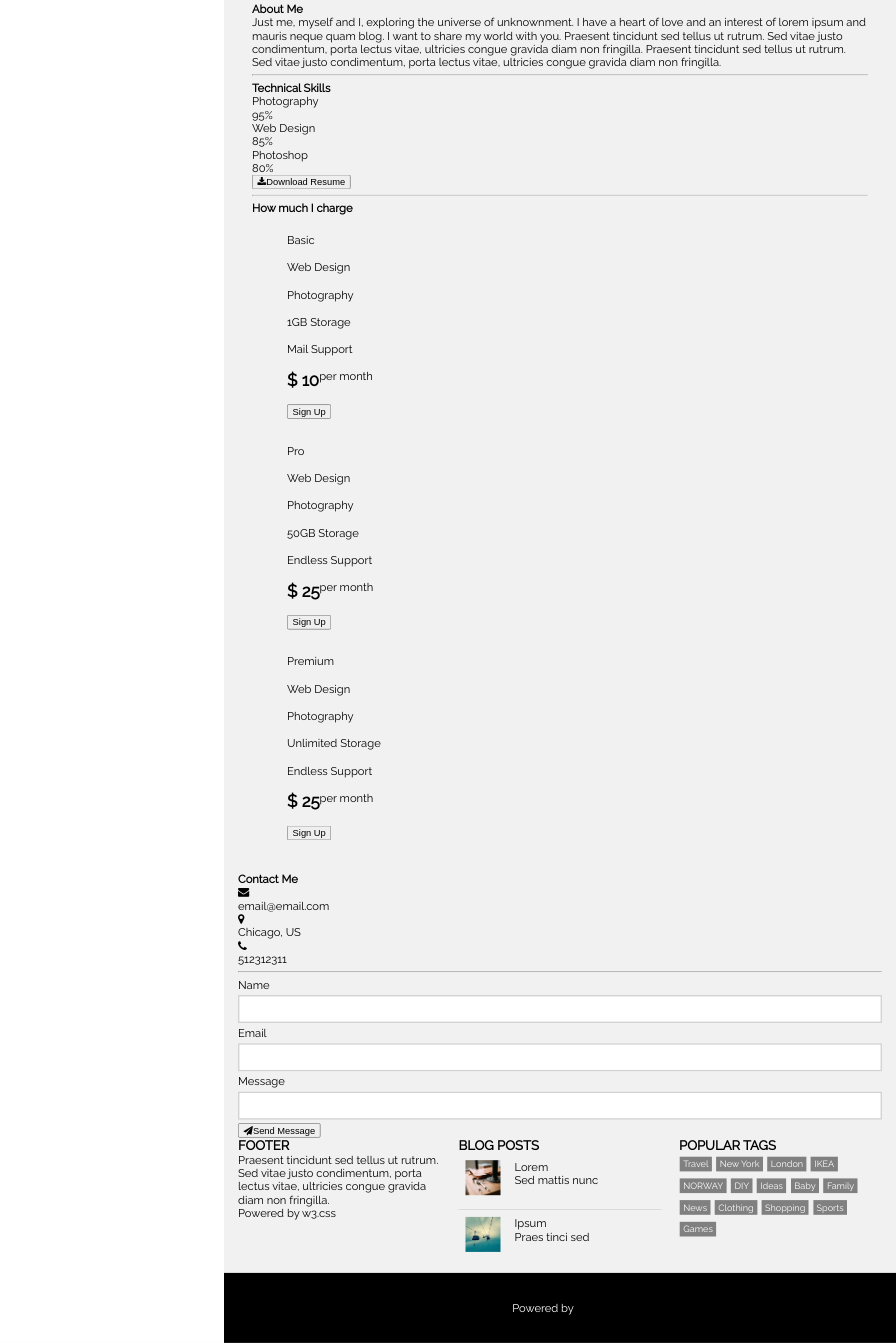
Repository: hesshess/clonecoding-assignment
Page: 5-nature-portfolio/template5.html
An editor plug-in stored every save of this project. The page is shown before and after the next save, followed by the edit.
The browser window is 1280 px wide. The pictures show the part of the page from y = 1328 to 3248 px (the page is 3247 px tall before and 3292 px after), at 70% of full size.

Above is the page before, as saved 2022-03-21 23:33:49.

After the next save:
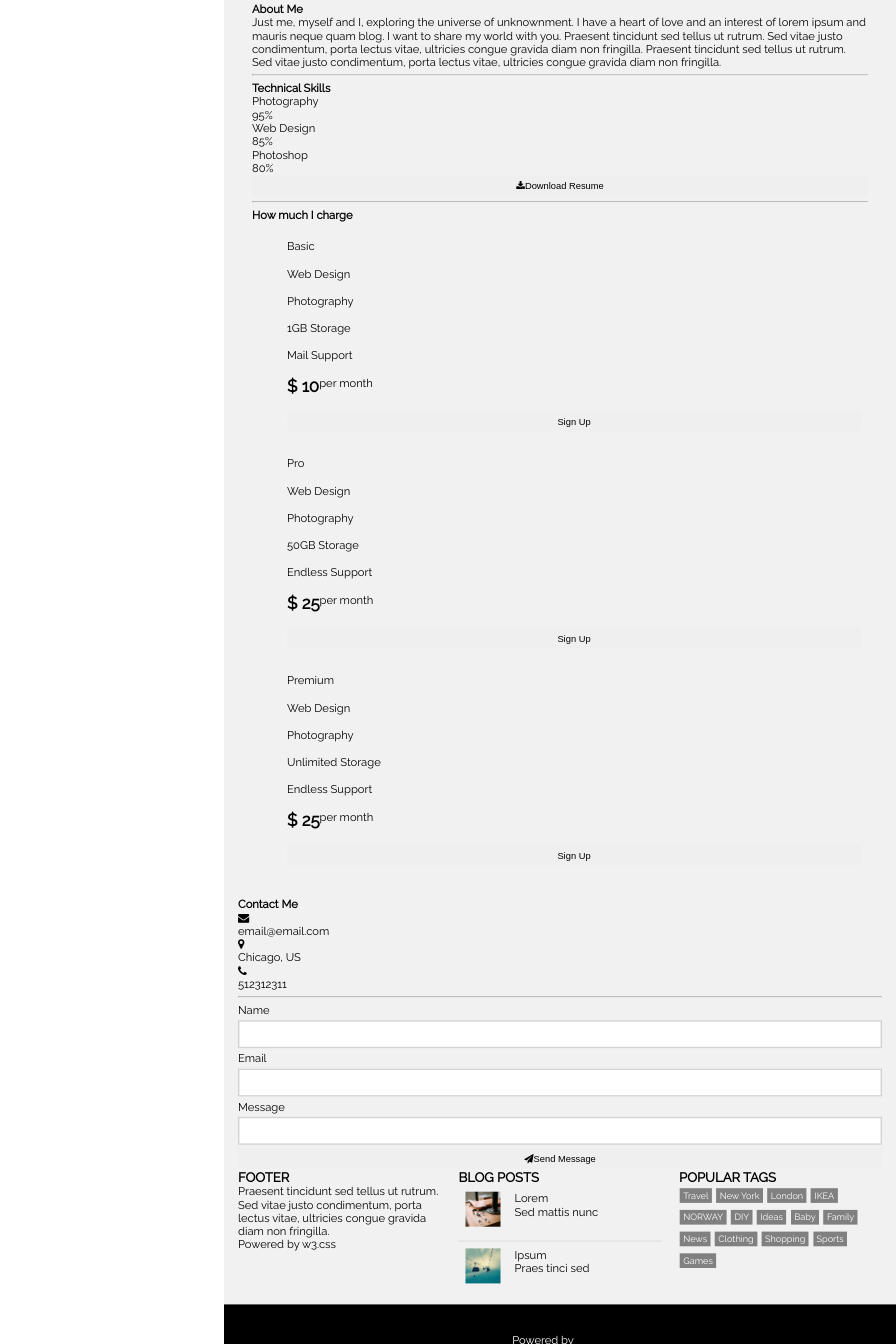
Saved 6 min 26 s later.
--- a/5-nature-portfolio/template5.css
+++ b/5-nature-portfolio/template5.css
@@ -117,6 +117,15 @@ input {
   font-family: inherit;
   border: 2px solid lightgray;
 }
+button {
+  border: none;
+  width: 100%;
+  height: 30px;
+}
+button:hover {
+  background-color: gray;
+}
+
 footer {
   margin: auto;
   width: 100%;
